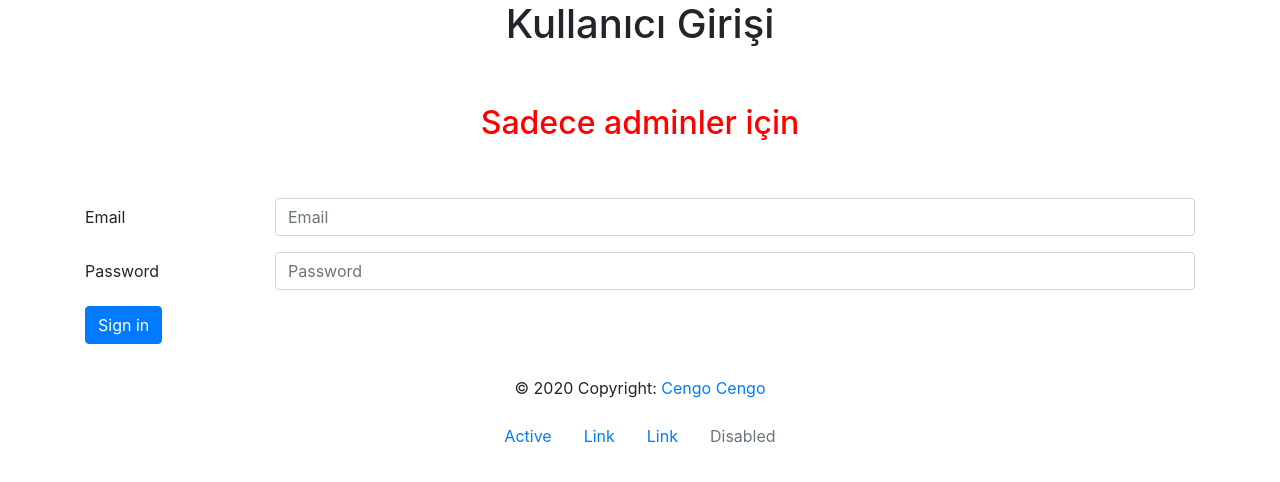
Repository: CengoCengo/NodeBlogCengo
Page: views/admin/signup.ejs
The author's editor kept a copy of each file at every save. The page is drawn from the files as they stood at one save, then again after the next save.
The browser window is 1280 px wide. The pictures show the whole page.
The page is served by the project's Node server (server.js). The template is opened directly, without the code that normally fills it, so the values that code supplies are empty.

Above is the page before, as saved 2020-02-26 00:52:46.

After the next save:
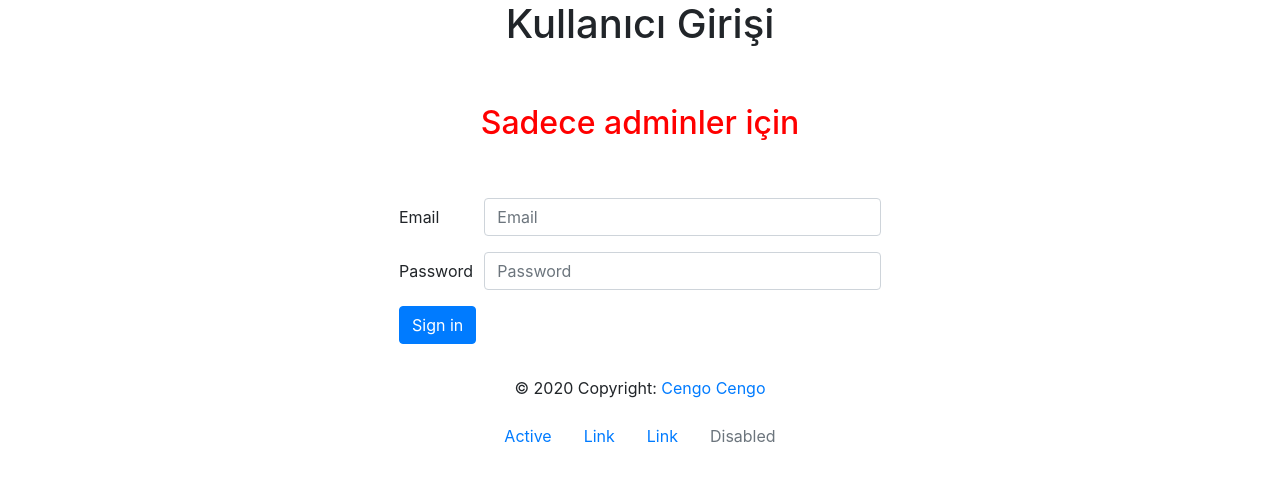
Saved 54 s later.
--- a/views/admin/signup.ejs
+++ b/views/admin/signup.ejs
@@ -1,32 +1,30 @@
 <%- include ("../partials/signHead") -%>
 
-<div class="container">
+<div class="container" style="width: 40%;">
 
-        <h1 style="text-align: center;">Kullanıcı Girişi</h1>
-        <br><br>
+    <h1 style="text-align: center;">Kullanıcı Girişi</h1>
+    <br><br>
 
-        <h2 style="text-align: center; color:red;">Sadece adminler için</h2>
-        <br><br>
-        <form>
-            <div class="form-group row">
-              <label for="inputEmail3" class="col-sm-2 col-form-label">Email</label>
-              <div class="col-sm-10">
-                <input type="email" class="form-control" id="inputEmail3" placeholder="Email">
-              </div>
-            </div>
-            <div class="form-group row">
-              <label for="inputPassword3" class="col-sm-2 col-form-label">Password</label>
-              <div class="col-sm-10">
-                <input type="password" class="form-control" id="inputPassword3" placeholder="Password">
-              </div>
-            </div>
-            <div class="form-group row">
-              <div class="col-sm-10">
-                <button type="submit" class="btn btn-primary">Sign in</button>
-              </div>
-            </div>
-          </form>
-
-
-    </div>
+    <h2 style="text-align: center; color:red;">Sadece adminler için</h2>
+    <br><br>
+    <form action="/signup" method="POST">
+        <div class="form-group row">
+          <label for="inputEmail" class="col-sm-2 col-form-label">Email</label>
+          <div class="col-sm-10">
+            <input type="email" class="form-control" id="inputEmail3" placeholder="Email" name="username">
+          </div>
+        </div>
+        <div class="form-group row">
+          <label for="inputPassword3" class="col-sm-2 col-form-label">Password</label>
+          <div class="col-sm-10">
+            <input type="password" class="form-control" id="inputPassword" placeholder="Password" name="password">
+          </div>
+        </div>
+        <div class="form-group row">
+          <div class="col-sm-10">
+            <button type="submit" class="btn btn-primary">Sign in</button>
+          </div>
+        </div>
+      </form>
+</div>
     <%- include ("../partials/signFooter") -%>
